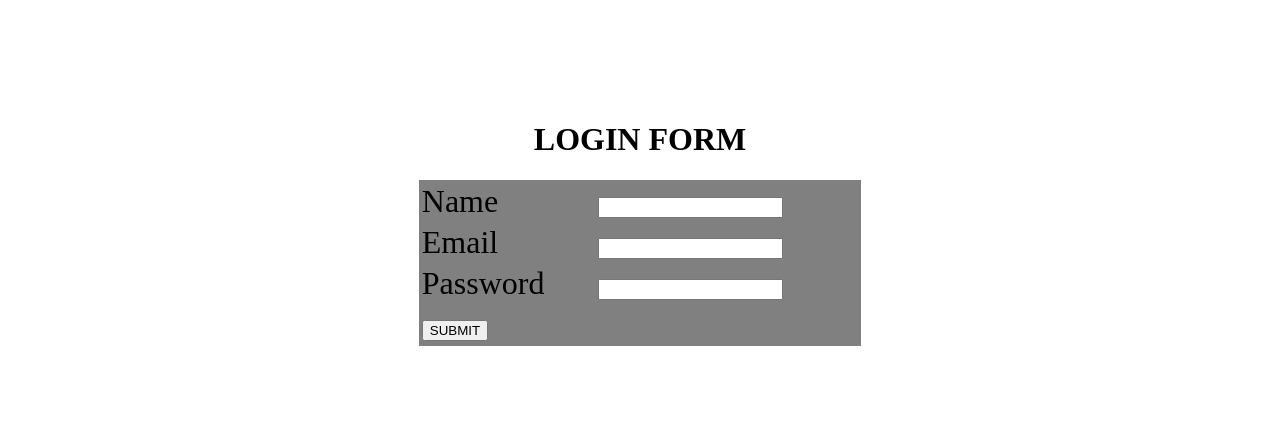
Repository: obusakthi539/Loginform
Page: Login.html
These files come from the project's save history. The page is drawn as it stood at one moment and after the next save; the edit follows.
The browser window is 1280 px wide. The pictures show the whole page.

Above is the page before, as saved 2025-01-10 18:08:13.

### Login.html
<!DOCTYPE html>
<html lang="en">
<head>
    <meta charset="UTF-8">
    <meta name="viewport" content="width=device-width, initial-scale=1.0">
    <title>Document</title>
    <style>
        body{
             display: flex;
             flex-direction:column;
             align-items: center;
             justify-content: center;
             margin-top: 100px;
        }
        .a{
            background-color:gray;
            font-size: xx-large;
            width: 35%;
            display: flex;
           flex-direction: column;

        }
    </style>
</head>
<body>

    <h1>LOGIN FORM</h1>
    <div class="a">
        <form action=""></form>
        <table>
            <tr>
                <td> <label for="">Name</label></td>
                <td><input type="text"></td>
            </tr>
            <tr>
                <td><label for="">Email</label></td>
                <td><input type="email"></td>
            </tr>
            <tr>
                <td> <label for="">Password</label></td>
                <td><input type="password"></td>
            </tr>
            <tr>
                <td><button>SUBMIT</button></td>
            </tr>
        </table>
    </div>
</body>
</html>

After the next save:
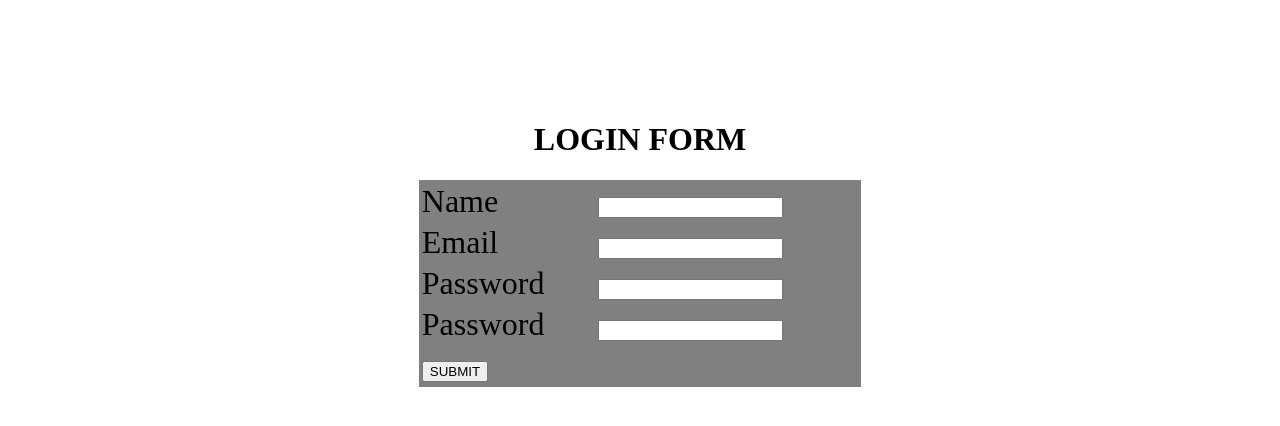
Saved 11 s later.
--- a/Login.html
+++ b/Login.html
@@ -41,6 +41,10 @@
                 <td><input type="password"></td>
             </tr>
             <tr>
+                <td> <label for="">Password</label></td>
+                <td><input type="password"></td>
+            </tr>
+            <tr>
                 <td><button>SUBMIT</button></td>
             </tr>
         </table>
